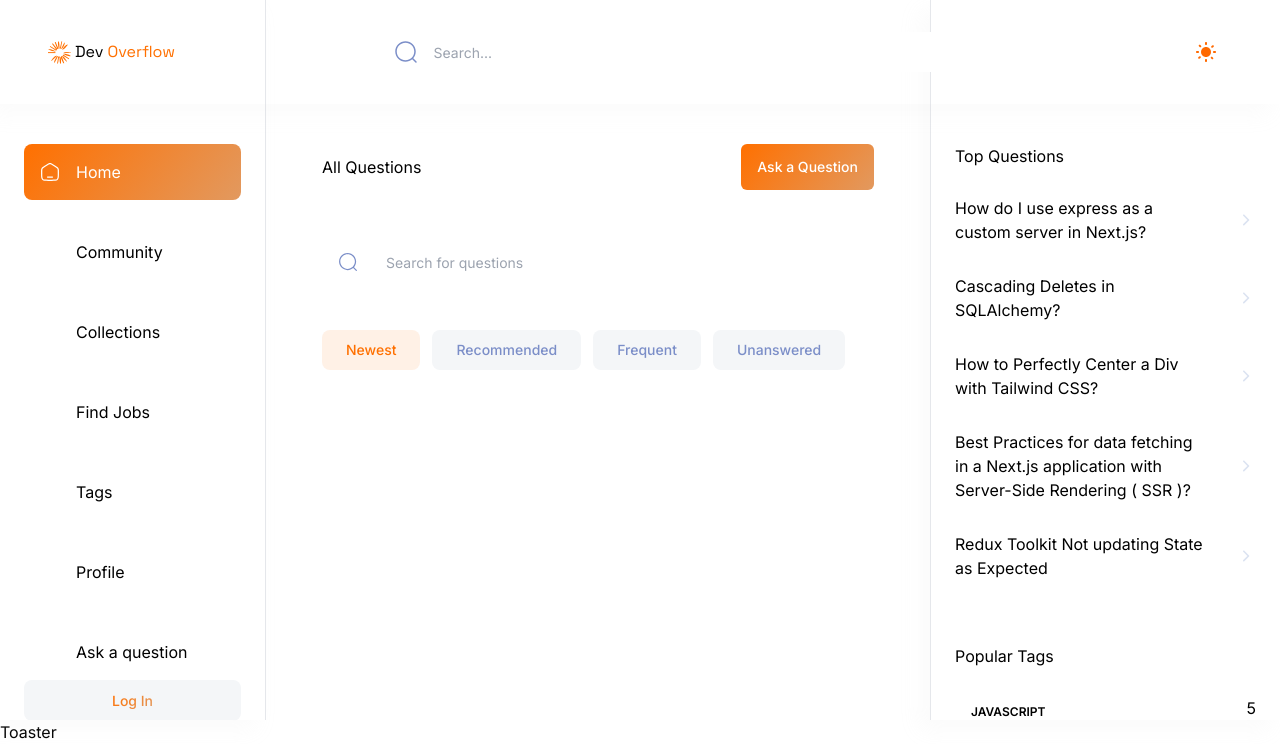
Repository: Saadelfadil/StackOverFlow
Page: /
These files come from the project's save history. The page is drawn as it stood at one moment and after the next save; the edit follows.
The browser window is 1280 px wide. The pictures show the whole page.
The page's requests for data from a server got no answer. The project was rebuilt for these pictures with package versions that can differ from the ones it lists, and the page was loaded fresh each time. Some packages were replaced by stand-ins written for this rebuild. The framework's server and built-in components were replaced by stand-ins that run in the browser. No one was signed in, and anything a server would have sent is missing. Also part of the build but not shown: next.config.js.

Above is the page before, as saved 2024-01-02 18:26:49.

### app/layout.tsx
import { ClerkProvider } from "@clerk/nextjs";
import React from "react";
import "./globles.css";
import { Inter, Space_Grotesk } from "next/font/google";
import type { Metadata } from "next";
import { ThemeProvider } from "@/context/ThemProvider";

export const metadata: Metadata = {
  title: "Stack Over Flow Clone",
  description: "Stack Over Flow Clone",
  icons: {
    icon: "/assets/images/site-logo.svg",
  },
};

const inter = Inter({
  subsets: ["latin"],
  weight: ["100", "200", "300", "400", "500", "600", "700", "800", "900"],
  variable: "--font-inter",
});

const spaceGrotesk = Space_Grotesk({
  subsets: ["latin"],
  weight: ["300", "400", "500", "600", "700"],
  variable: "--font-spaceGrotesk",
});

export default function RootLayout({
  children,
}: {
  children: React.ReactNode;
}) {
  return (
    <ClerkProvider
      appearance={{
        elements: {
          formButtonPrimary: "primary-gradient",
          footerActionLink: "primary-text-gradient hover:text-primary-500",
        },
      }}
    >
      <html lang="en">
        <body className={`${inter.variable} ${spaceGrotesk.variable}`}>
          <ThemeProvider>
            {children}
          </ThemeProvider>
        </body>
      </html>
    </ClerkProvider>
  );
}

### app/(root)/layout.tsx
import LeftNavbar from "@/components/shared/LeftNavbar";
import RightSidebar from "@/components/shared/RightSidebar";
import Navbar from "@/components/shared/navbar/Navbar";
import React from "react";

const Layout = ({ children }: { children: React.ReactNode }) => {
  return (
    <main className="background-light850_dark100 relative">
      <Navbar />
      <div className="flex">
        <LeftNavbar />
        <section className="flex min-h-screen flex-1 flex-col px-6 pb-6 pt-36 max-md:pb-14 sm:px-14">
          <div className="mx-auto w-full max-w-5xl">{children}</div>
        </section>
        <RightSidebar />
      </div>
      Toaster
    </main>
  );
};

export default Layout;

### app/(root)/(home)/page.tsx
import Filter from "@/components/shared/Filter";
import HomeFilters from "@/components/shared/home/HomeFilters";
import LocalSearchbar from "@/components/shared/search/LocalSearchbar";
import { Button } from "@/components/ui/button";
import { HomePageFilters } from "@/constants/filters";
import Link from "next/link";

export default function Home() {
  return (
    <>
      <div className="flex w-full flex-col-reverse justify-between gap-4 sm:flex-row sm:items-center">
        <h1 className="h1-bold text-dark100_light900">All Questions</h1>
        <Link href={"/ask-question"} className="flex justify-end max-sm:w-full">
          <Button className="primary-gradient min-h-[46px] px-4 py-3 !text-light-900">
            Ask a Question
          </Button>
        </Link>
      </div>

      <div className="mt-11 flex justify-between gap-5 max-sm:flex-col sm:items-center">
        <LocalSearchbar
          route="/"
          iconPosition="left"
          imgSrc="/assets/icons/search.svg"
          placeholder="Search for questions"
          otherClasses="flex-1"
        />
        <Filter
          filters={HomePageFilters}
          otherClasses="min-h-[56px] sm:min-w-[170px]"
          containerClasses="hidden max-md:flex"
        />
      </div>
      <HomeFilters />
    </>
  );
}

### context/ThemProvider.tsx
"use client";

import React, { createContext, useState, useEffect, useContext } from "react";

interface ThemeContextType {
  mode: string;
  setMode: (mode: string) => void;
}

const ThemeContext = createContext<ThemeContextType | undefined>(undefined);

export function ThemeProvider({ children }: { children: React.ReactNode }) {
  const [mode, setMode] = useState("");

  const handlesThemeChange = () => {
    if (localStorage.theme === "dark" || (!("theme" in localStorage) && window.matchMedia("(prefers-color-scheme: dark)").matches)) {
      setMode("dark");
      document.documentElement.classList.add("dark");
    } else {
      setMode("light");
      document.documentElement.classList.remove("dark");
    }
  };

  useEffect(() => {
    handlesThemeChange();
  }, [mode]);

  return (
    <ThemeContext.Provider value={{ mode, setMode }}>
      {children}
    </ThemeContext.Provider>
  );
}

export function useTheme() {
  const context = useContext(ThemeContext);
  if (context === undefined) {
    throw new Error("useTheme must be used within a ThemeProvider");
  }

  return context;
}

### components/shared/LeftNavbar.tsx
"use client";
import { sidebarLinks } from "@/constants/constants";
import React from "react";
import { usePathname } from "next/navigation";
import Image from "next/image";
import Link from "next/link";
import { SignedOut } from "@clerk/nextjs";
import { Button } from "../ui/button";

const LeftNavbar = () => {
  const pathname = usePathname();
  return (
    <section className="background-light900_dark200 light-border custom-scrollbar sticky left-0 top-0 flex h-screen flex-col justify-between overflow-y-auto border-r p-6 pt-36 shadow-light-300 max-sm:hidden lg:w-[266px] dark:shadow-none">
      <div className="flex flex-1 flex-col gap-6">
        {sidebarLinks.map((item) => {
          const isActive =
            (pathname.includes(item.route) && item.route.lenght > 1) ||
            pathname === item.route;
          return (
            <Link
              key={item.route}
              href={item.route}
              className={`${
                isActive
                  ? "primary-gradient rounded-lg text-light-900"
                  : "text-dark300_light900"
              } flex items-center justify-start gap-4 bg-transparent p-4`}
            >
              <Image
                src={item.imgURL}
                alt={item.label}
                width={20}
                height={20}
                className={`${isActive ? "" : "invert-colors"}`}
              />
              <p
                className={`${
                  isActive ? "base-bold" : "base-medium"
                } max-lg:hidden`}
              >
                {item.label}
              </p>
            </Link>
          );
        })}
      </div>

      <SignedOut>
        <div className="flex flex-col gap-3">
          <Link href="/sign-in">
            <Button className="small-medium btn-secondary min-h-[41px] w-full rounded-lg px-4  py-3 shadow-none">
              <Image
                src="/assets/icons/account.svg"
                alt="login"
                width={20}
                height={20}
                className="invert-colors lg:hidden"
              />
              <span className="primary-text-gradient max-lg:hidden">
                Log In
              </span>
            </Button>
          </Link>

          <Link href="/sign-up">
            <Button className="small-medium text-dark400_light900 light-border-2 btn-tertiary min-h-[41px] w-full rounded-lg px-4  py-3 shadow-none">
              <Image
                src="/assets/icons/sign-up.svg"
                alt="sign up"
                width={20}
                height={20}
                className="invert-colors lg:hidden"
              />
              <span className="max-lg:hidden">Sign Up</span>
            </Button>
          </Link>
        </div>
      </SignedOut>
    </section>
  );
};

export default LeftNavbar;

### components/shared/RightSidebar.tsx
import Image from "next/image";
import Link from "next/link";
import React from "react";
import RenderTag from "./RenderTag";

const hotQuetions = [
  { _id: 1, title: "How do I use express as a custom server in Next.js?" },
  { _id: 2, title: "Cascading Deletes in SQLAlchemy?" },
  { _id: 3, title: "How to Perfectly Center a Div with Tailwind CSS?" },
  {
    _id: 4,
    title:
      "Best Practices for data fetching in a Next.js application with Server-Side Rendering ( SSR )?",
  },
  { _id: 5, title: "Redux Toolkit Not updating State as Expected" },
];

const popularTags = [
  { _id: 1, name: "javascript", totalQuestions: 5 },
  { _id: 2, name: "react", totalQuestions: 5 },
  { _id: 3, name: "next", totalQuestions: 5 },
  { _id: 4, name: "vue", totalQuestions: 2 },
  { _id: 5, name: "redux", totalQuestions: 10 },
];

const RightSidebar = () => {
  return (
    <section className="background-light900_dark200 light-border custom-scrollbar sticky right-0 top-0 flex h-screen w-[350px] flex-col overflow-y-auto border-l p-6 pt-36 shadow-light-300 max-xl:hidden dark:shadow-none">
      <div>
        <h3 className="h3-bold text-dark200_light900">Top Questions</h3>
        <div className="mt-7 flex w-full flex-col gap-[30px]">
          {hotQuetions.map((question) => (
            <Link
              href={`/questions/${question._id}`}
              key={question._id}
              className="flex cursor-pointer items-center justify-between gap-7"
            >
              <p className="body-medium text-dark500_light700">
                {question.title}
              </p>

              <Image
                src="/assets/icons/chevron-right.svg"
                alt="chevron right"
                width={20}
                height={20}
                className="invert-colors"
              />
            </Link>
          ))}
        </div>
      </div>

      <div className="mt-16">
        <h3 className="h3-bold text-dark200_light900">Popular Tags</h3>
        <div className="mt-7 flex flex-col gap-4">
          {popularTags.map((tag) => (
            <RenderTag
              key={tag._id}
              _id={tag._id}
              name={tag.name}
              totalQuestions={tag.totalQuestions}
              showCount
            />
          ))}
        </div>
      </div>
    </section>
  );
};

export default RightSidebar;

### components/shared/navbar/Navbar.tsx
import Link from "next/link";
import Image from "next/image";
import React from "react";
import { SignedIn, UserButton } from "@clerk/nextjs";
import Theme from "./Theme";
import MobileNavbar from "./MobileNavbar";
import GlobalSearch from "../search/GlobalSearch";

const Navbar = () => {
  return (
    <nav className="flex-between background-light900_dark200 fixed z-50 w-full gap-5 p-6 shadow-light-300 sm:px-12 dark:shadow-none">
      <Link href="/" className="flex items-center gap-1">
        <Image
          src="/assets/images/site-logo.svg"
          width={23}
          height={23}
          alt="StackOverFlow"
        />
        <p className="h2-bold font-spaceGrotesk text-dark-100 max-sm:hidden dark:text-light-900">
          Dev <span className="text-primary-500">Overflow</span>
        </p>
      </Link>

      <GlobalSearch />

      <div className="flex-between gap-5">
        <Theme />
        <SignedIn>
          <UserButton
            afterSignOutUrl="/"
            appearance={{
              elements: {
                avatar: "h-10 w-10",
              },
              variables: {
                colorPrimary: "#ff7000",
              },
            }}
          />
        </SignedIn>

        <MobileNavbar />
      </div>
    </nav>
  );
};

export default Navbar;

### components/shared/Filter.tsx
"use client";
import React from "react";
import {
  Select,
  SelectContent,
  SelectItem,
  SelectGroup,
  SelectTrigger,
  SelectValue,
} from "@/components/ui/select";

interface Props {
  filters: {
    name: string;
    value: string;
  }[];
  otherClasses?: string;
  containerClasses?: string;
}

const Filter = ({ filters, otherClasses, containerClasses }: Props) => {
  return (
    <div className={`relative ${containerClasses}`}>
      <Select>
        <SelectTrigger
          className={`${otherClasses} body-regular light-border background-light800_dark300 text-dark500_light700 border px-5 py-2.5`}
        >
          <div className="line-clamp-1 flex-1 text-left">
            <SelectValue placeholder="Select a Filter" />
          </div>
        </SelectTrigger>
        <SelectContent>
          <SelectGroup>
            {filters.map((item) => (
              <SelectItem key={item.value} value={item.value}>
                {item.name}
              </SelectItem>
            ))}
          </SelectGroup>
        </SelectContent>
      </Select>
    </div>
  );
};

export default Filter;

### components/shared/home/HomeFilters.tsx
"use client";
import { Button } from "@/components/ui/button";
import { HomePageFilters } from "@/constants/filters";
import React from "react";

const HomeFilters = () => {
  const isActive = "newest";
  return (
    <div className="mt-10 hidden flex-wrap gap-3 md:flex">
      {HomePageFilters.map((item) => (
        <Button
          key={item.value}
          onClick={() => {}}
          className={`body-medium rounded-lg px-6 py-3 capitalize shadow-none ${
            isActive === item.value
              ? "bg-primary-100 text-primary-500"
              : "bg-light-800 text-light-500 hover:bg-light-800 dark:bg-dark-300 dark:text-light-500 dark:hover:bg-dark-300 "
          }`}
        >
          {item.name}
        </Button>
      ))}
    </div>
  );
};

export default HomeFilters;

### components/shared/search/LocalSearchbar.tsx
"use client";
import { Input } from "@/components/ui/input";
import Image from "next/image";
import React from "react";

interface CustomInputProps {
  route: string;
  iconPosition: string;
  imgSrc: string;
  placeholder: string;
  otherClasses: string;
}

const LocalSearchbar = ({
  route,
  iconPosition,
  imgSrc,
  placeholder,
  otherClasses,
}: CustomInputProps) => {
  return (
    <div
      className={`background-light800_darkgradient flex min-h-[56px] grow items-center gap-4 rounded-[10px] px-4 ${otherClasses}`}
    >
      {iconPosition === "left" && (
        <Image
          src={imgSrc}
          alt="search icon"
          width={20}
          height={20}
          className="cursor-pointer"
        />
      )}

      <Input
        type="text"
        placeholder={placeholder}
        value={""}
        onChange={() => {}}
        className="paragraph-regular no-focus placeholder background-light800_darkgradient border-none shadow-none outline-none "
      />

      {iconPosition === "right" && (
        <Image
          src={imgSrc}
          alt="search icon"
          width={20}
          height={20}
          className="cursor-pointer"
        />
      )}

    </div>
  );
};

export default LocalSearchbar;

### components/ui/button.tsx
import * as React from "react"
import { Slot } from "@radix-ui/react-slot"
import { cva, type VariantProps } from "class-variance-authority"

import { cn } from "@/lib/utils"

const buttonVariants = cva(
  "inline-flex items-center justify-center whitespace-nowrap rounded-md text-sm font-medium ring-offset-background transition-colors focus-visible:outline-none focus-visible:ring-2 focus-visible:ring-ring focus-visible:ring-offset-2 disabled:pointer-events-none disabled:opacity-50",
  {
    variants: {
      variant: {
        default: "bg-primary text-primary-foreground hover:bg-primary/90",
        destructive:
          "bg-destructive text-destructive-foreground hover:bg-destructive/90",
        outline:
          "border border-input bg-background hover:bg-accent hover:text-accent-foreground",
        secondary:
          "bg-secondary text-secondary-foreground hover:bg-secondary/80",
        ghost: "hover:bg-accent hover:text-accent-foreground",
        link: "text-primary underline-offset-4 hover:underline",
      },
      size: {
        default: "h-10 px-4 py-2",
        sm: "h-9 rounded-md px-3",
        lg: "h-11 rounded-md px-8",
        icon: "h-10 w-10",
      },
    },
    defaultVariants: {
      variant: "default",
      size: "default",
    },
  }
)

export interface ButtonProps
  extends React.ButtonHTMLAttributes<HTMLButtonElement>,
    VariantProps<typeof buttonVariants> {
  asChild?: boolean
}

const Button = React.forwardRef<HTMLButtonElement, ButtonProps>(
  ({ className, variant, size, asChild = false, ...props }, ref) => {
    const Comp = asChild ? Slot : "button"
    return (
      <Comp
        className={cn(buttonVariants({ variant, size, className }))}
        ref={ref}
        {...props}
      />
    )
  }
)
Button.displayName = "Button"

export { Button, buttonVariants }

### constants/constants.ts
import { SidebarLink } from "@/types";

export const themes = [
  { value: "light", label: "Light", icon: "/assets/icons/sun.svg" },
  { value: "dark", label: "Dark", icon: "/assets/icons/moon.svg" },
  { value: "system", label: "System", icon: "/assets/icons/computer.svg" },
];
export const sidebarLinks: SidebarLink[] = [
  {
    imgURL: "/assets/icons/home.svg",
    route: "/",
    label: "Home",
  },
  {
    imgURL: "/assets/icons/users.svg",
    route: "/community",
    label: "Community",
  },
  {
    imgURL: "/assets/icons/star.svg",
    route: "/collection",
    label: "Collections",
  },
  {
    imgURL: "/assets/icons/suitcase.svg",
    route: "/jobs",
    label: "Find Jobs",
  },
  {
    imgURL: "/assets/icons/tag.svg",
    route: "/tags",
    label: "Tags",
  },
  {
    imgURL: "/assets/icons/user.svg",
    route: "/profile",
    label: "Profile",
  },
  {
    imgURL: "/assets/icons/question.svg",
    route: "/ask-question",
    label: "Ask a question",
  },
];
export const BADGE_CRITERIA = {
  QUESTION_COUNT: { BRONZE: 10, SILVER: 50, GOLD: 100 },
  ANSWER_COUNT: {
    BRONZE: 10,
    SILVER: 50,
    GOLD: 100,
  },
  QUESTION_UPVOTES: {
    BRONZE: 10,
    SILVER: 50,
    GOLD: 100,
  },
  ANSWER_UPVOTES: {
    BRONZE: 10,
    SILVER: 50,
    GOLD: 100,
  },
  TOTAL_VIEWS: {
    BRONZE: 1000,
    SILVER: 10000,
    GOLD: 100000,
  },
};

### components/shared/RenderTag.tsx
import Link from "next/link";
import React from "react";
import { Badge } from "../ui/badge";

interface Props {
  _id: number;
  name: string;
  totalQuestions: number;
  showCount?: boolean;
}

const RenderTag = ({ _id, name, totalQuestions, showCount }: Props) => {
  return (
    <Link
    href={`/tags/${_id}`}
    className="flex justify-between gap-2"
    >
        <Badge className="subtle-medium background-light800_dark300 text-light400_light500 rounded-md border-none px-4 py-2 uppercase ">
            {name}
        </Badge>
        {showCount && (
            <p className="small-medium text-dark500_light700">
                {totalQuestions}
            </p>
        )}
    </Link>
  )
};

export default RenderTag;

### components/shared/navbar/Theme.tsx
"use client";
import React from "react";
import { useTheme } from "@/context/ThemProvider";
import {
  Menubar,
  MenubarContent,
  MenubarItem,
  MenubarMenu,
  MenubarTrigger,
} from "@/components/ui/menubar";
import Image from "next/image";
import { themes } from "@/constants/constants";

const Theme = () => {
  const { mode, setMode } = useTheme();
  return (
    <Menubar className="relative border-none bg-transparent shadow-none">
      <MenubarMenu>
        <MenubarTrigger className="focus:bg-light-900 data-[state-open]:bg-light-900 dark:focus:bg-dark-200 dark:data-[state=open]:bg-dark-200">
          {mode === "light" ? (
            <Image
              src="/assets/icons/sun.svg"
              alt="sun"
              width={20}
              height={20}
              className="active-theme"
            />
          ) : (
            <Image
              src="/assets/icons/moon.svg"
              alt="moon"
              width={20}
              height={20}
              className="active-theme"
            />
          )}
        </MenubarTrigger>
        <MenubarContent className="absolute right-[-3rem] mt-3 min-w-[120px] rounded border py-2 dark:border-dark-400 dark:bg-dark-300 ">
          {themes.map((item) => (
            <MenubarItem
              key={item.value}
              className="flex items-center gap-4 px-2.5 py-2 dark:focus:bg-dark-400 "
              onClick={() => {
                setMode(item.value);
                if (item.value !== "system") localStorage.theme = item.value;
                else localStorage.removeItem("theme");
              }}
            >
              <Image
                src={item.icon}
                alt={item.value}
                width={16}
                height={16}
                className={`${mode === item.value && "active-theme"}`}
              />
              <p
                className={`body-semibold text-light-500  ${
                  mode === item.value
                    ? "text-primary-500"
                    : "text-dark100_light900"
                }`}
              >
                {item.label}
              </p>
            </MenubarItem>
          ))}
        </MenubarContent>
      </MenubarMenu>
    </Menubar>
  );
};

export default Theme;

### components/shared/search/GlobalSearch.tsx
import { Input } from "@/components/ui/input";
import Image from "next/image";
import React from "react";

const GlobalSearch = () => {
  return (
    <div className="relative w-full max-w-[600px] max-lg:hidden ">
      <div className="background-light800_darkgradient relative flex min-h-[56px] grow items-center gap-1 rounded-xl px-4 ">
        <Image
          src="/assets/icons/search.svg"
          alt="search"
          width={24}
          height={24}
          className="cursor-pointer"
        />
        <Input
          type="text"
          placeholder="Search..."
          className="paragraph-regular no-focus placeholder background-light800_darkgradient border-none shadow-none outline-none "
        />
      </div>
    </div>
  );
};

export default GlobalSearch;

### components/ui/input.tsx
import * as React from "react"

import { cn } from "@/lib/utils"

export interface InputProps
  extends React.InputHTMLAttributes<HTMLInputElement> {}

const Input = React.forwardRef<HTMLInputElement, InputProps>(
  ({ className, type, ...props }, ref) => {
    return (
      <input
        type={type}
        className={cn(
          "flex h-10 w-full rounded-md border border-input bg-background px-3 py-2 text-sm ring-offset-background file:border-0 file:bg-transparent file:text-sm file:font-medium placeholder:text-muted-foreground focus-visible:outline-none focus-visible:ring-2 focus-visible:ring-ring focus-visible:ring-offset-2 disabled:cursor-not-allowed disabled:opacity-50",
          className
        )}
        ref={ref}
        {...props}
      />
    )
  }
)
Input.displayName = "Input"

export { Input }

### components/ui/badge.tsx
import * as React from "react"
import { cva, type VariantProps } from "class-variance-authority"

import { cn } from "@/lib/utils"

const badgeVariants = cva(
  "inline-flex items-center rounded-full border px-2.5 py-0.5 text-xs font-semibold transition-colors focus:outline-none focus:ring-2 focus:ring-ring focus:ring-offset-2",
  {
    variants: {
      variant: {
        default:
          "border-transparent bg-primary text-primary-foreground hover:bg-primary/80",
        secondary:
          "border-transparent bg-secondary text-secondary-foreground hover:bg-secondary/80",
        destructive:
          "border-transparent bg-destructive text-destructive-foreground hover:bg-destructive/80",
        outline: "text-foreground",
      },
    },
    defaultVariants: {
      variant: "default",
    },
  }
)

export interface BadgeProps
  extends React.HTMLAttributes<HTMLDivElement>,
    VariantProps<typeof badgeVariants> {}

function Badge({ className, variant, ...props }: BadgeProps) {
  return (
    <div className={cn(badgeVariants({ variant }), className)} {...props} />
  )
}

export { Badge, badgeVariants }

Loaded but not shown: constants/filters.ts (common file); lib/utils.ts (common file); tailwind.config.ts (common file); components/ui/menubar.tsx (236 lines, source omitted); components/ui/select.tsx (160 lines, source omitted); components/ui/sheet.tsx (140 lines, source omitted); app/globles.css (165 lines, source omitted); components/shared/navbar/MobileNavbar.tsx (110 lines, source omitted)

After the next save:
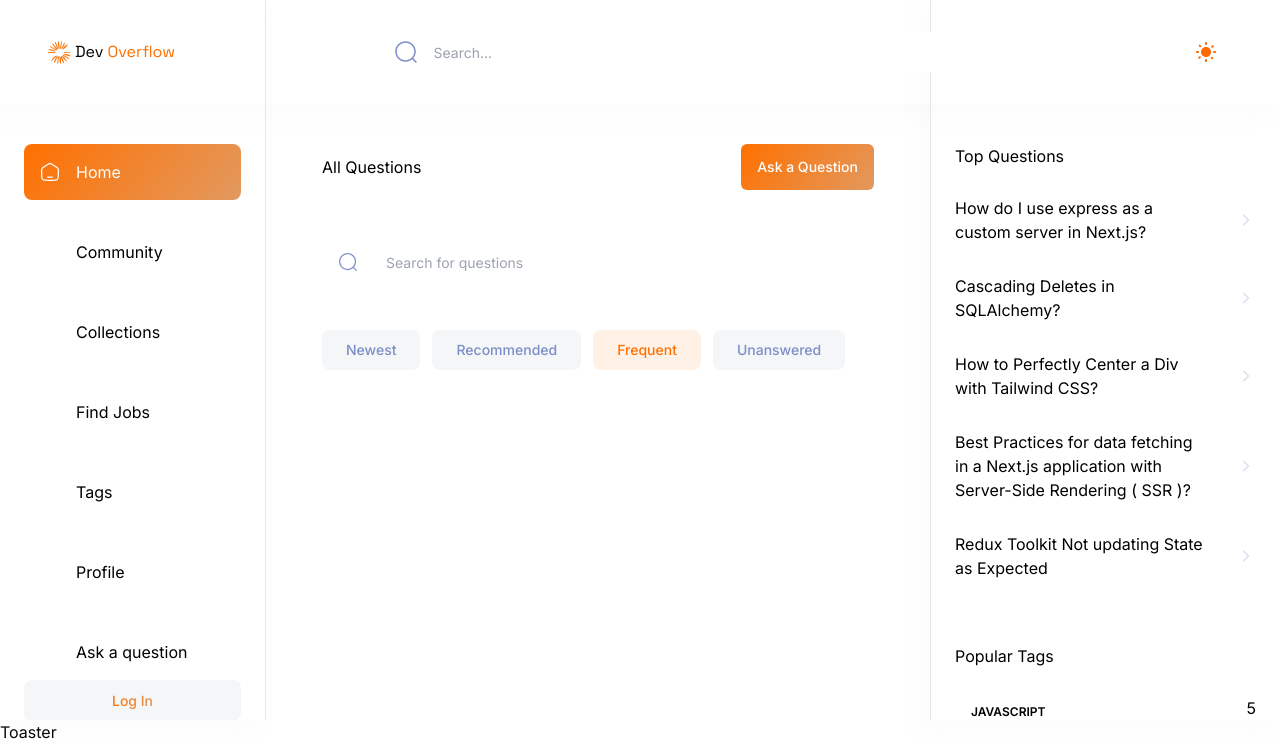
Saved 11 s later.
--- a/components/shared/home/HomeFilters.tsx
+++ b/components/shared/home/HomeFilters.tsx
@@ -4,7 +4,7 @@ import { HomePageFilters } from "@/constants/filters";
 import React from "react";
 
 const HomeFilters = () => {
-  const isActive = "newest";
+  const isActive = "frequent";
   return (
     <div className="mt-10 hidden flex-wrap gap-3 md:flex">
       {HomePageFilters.map((item) => (
